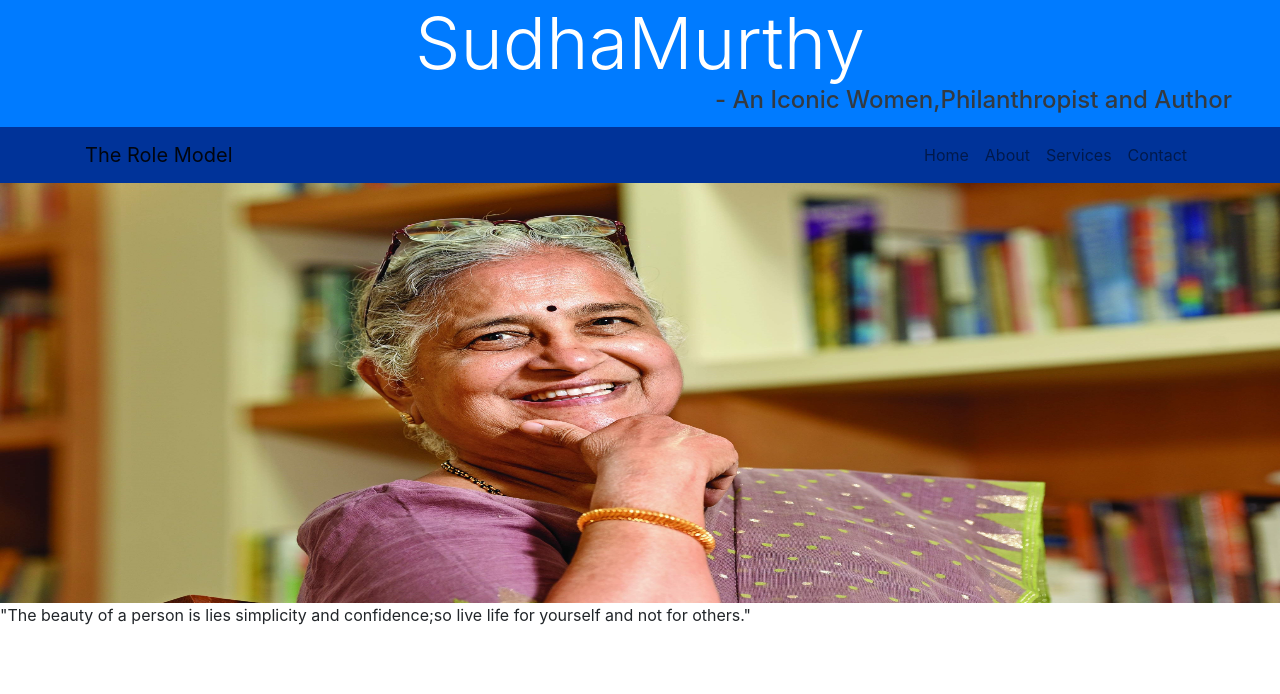
Repository: sumanthr18/RoleModel
Page: index.html
The author's editor kept a copy of each file at every save. The page is drawn from the files as they stood at one save, then again after the next save.
The browser window is 1280 px wide. The pictures show the whole page.

Above is the page before, as saved 2020-03-14 17:05:54.

After the next save:
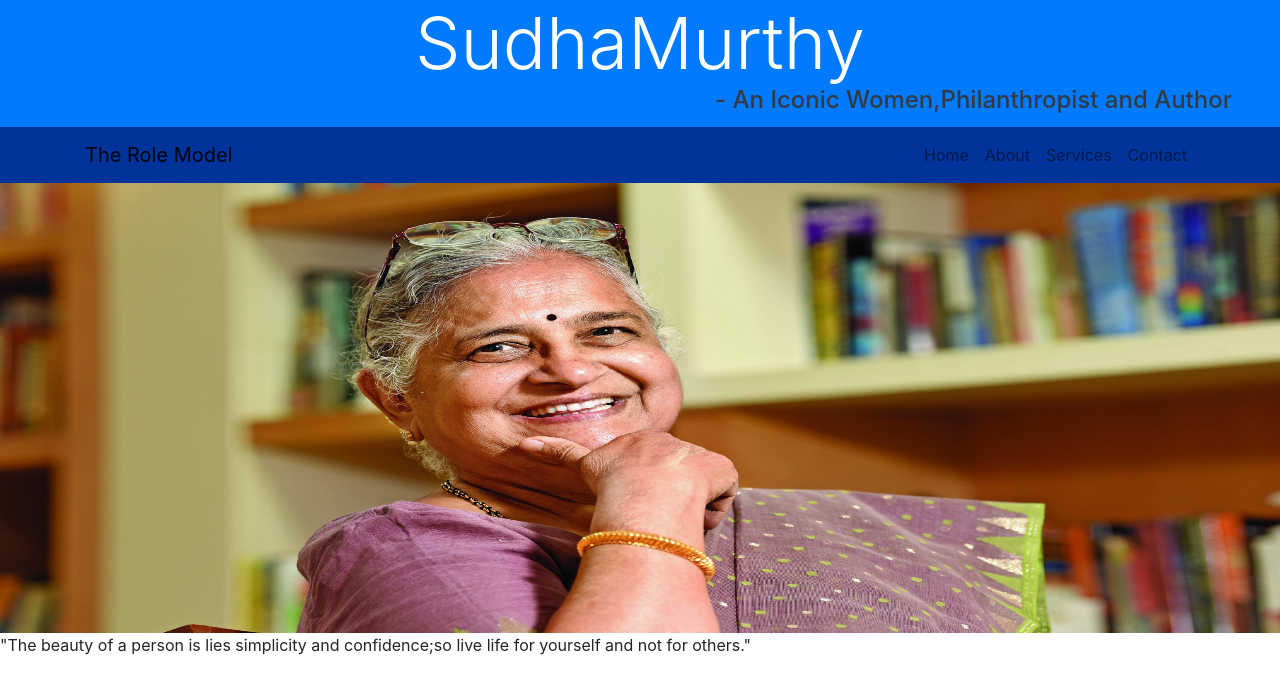
Saved 5 s later.
--- a/index.html
+++ b/index.html
@@ -36,7 +36,7 @@
         </div>
     </nav>
     <div>
-        <img class="d-inline" style="width:100%;height:420px" src="Sudha_Murty_1-update.jpg">
+        <img class="d-inline" style="width:100%;height:450px" src="Sudha_Murty_1-update.jpg">
         <div>"The beauty of a person is lies simplicity and confidence;so live life for yourself and not for others."</div>
     </div>
 </body>
